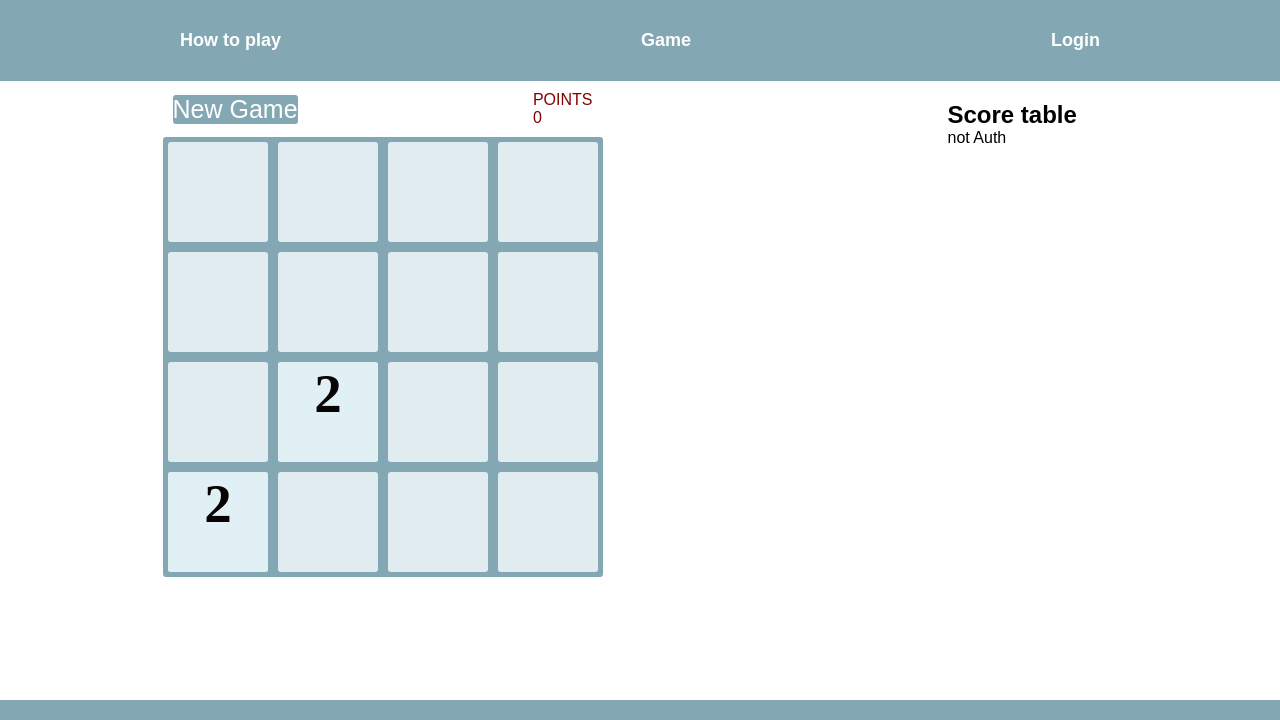
Repository: nika-otter/2048
Page: / (app in client/)
An editor plug-in stored every save of this project. The page is shown before and after the next save, followed by the edit.
The browser window is 1280 px wide. The pictures show the whole page.
The project was rebuilt for these pictures with package versions that can differ from the ones it lists, and the page was loaded fresh each time. Also part of the build but not shown: client/src/components/Login/LoginForm.js, client/src/pages/account/index.jsx, client/src/components/Game/GameOverlay.jsx, client/src/components/InstructionPage/InstructionPage.module.scss, client/src/components/HowToPlay/howtoplay.module.scss, client/src/components/HowToPlay/howtoplay.jsx, client/src/components/InstructionPage/InstructionPage.jsx, client/src/pages/Instruction/index.jsx and 4 more.

Above is the page before, as saved 2023-05-01 16:46:24.

### client/src/index.js
import React from "react";
import ReactDOM from "react-dom/client";
import "./index.css";
import App from "./App";
import { BrowserRouter } from "react-router-dom";
import Store from "./store/store";

const store = new Store();

export const Context = React.createContext({
  store,
});

const root = ReactDOM.createRoot(document.getElementById("root"));
root.render(
  <Context.Provider value={{ store }}>
    <BrowserRouter>
      <App />
    </BrowserRouter>
  </Context.Provider>
);

### client/src/index.css
* {
  box-sizing: border-box;
  margin: 0;
  padding: 0;
}
#root {
  width: 100vw;
  height: 100%;
}

body {
  /* background-color: #ffffff;
  display: flex;
  justify-content: center;
  align-items: center;*/
  /* height: 100vh; */
  height: 100%;
}
html {
  height: 100%;
}
code {
  font-family: source-code-pro, Menlo, Monaco, Consolas, "Courier New",
    monospace;
}

### client/src/App.js
import { useContext, useEffect, useState } from "react";
import "./App.css";
import LoginForm from "./components/Login/LoginForm";
import AppRouter from "./router/AppRouter";
import { Context } from "./index";
import { observer } from "mobx-react-lite";
import UserService from "./services/UserService";
function App() {
  // const { store } = useContext(Context);
  // const [users, setUsers] = useState([]);
  // useEffect(() => {
  //   if (localStorage.getItem("token")) {
  //     // console.log(localStorage.getItem("token"));
  //     store.checkAuth();
  //   }
  // }, []);

  // if (store.isLoading) {
  //   return <div>Loading...</div>;
  // }
  // async function getUsers() {
  //   try {
  //     const response = await UserService.fetchUsers();
  //     setUsers(response.data);
  //     console.log(response);
  //     setUsers(response.data);
  //   } catch {}
  // }
  return (
    <div className="App">
      <AppRouter />
      {/* <h1>{store.isAuth ? `User: ${store.user.email}` : "Not Auth"}</h1>
      <h1>
        {" "}
        {store.user.isActivated ? `Activated` : "Go and activate your email"}
      </h1>
      <button onClick={() => store.logout()}>Logout</button>
      <button onClick={getUsers}>Get users</button>
      {users.map((user) => (
        <div key={user.email}>{user.email}</div>
      ))}      */}
      {/* <LoginForm /> */}
    </div>
  );
}

export default observer(App);

### client/src/App.css
.App {
  /* position: relative; */
  display: flex;
  flex-direction: column;
  height: 100%;
  /* background-color: rgb(188, 121, 39); */
}
/* main {
  flex: 1 0 auto;
} */

### client/src/router/AppRouter.jsx
import { Routes, Route } from "react-router-dom";
import Account from "../pages/Account";
import Game from "../pages/Game";
import Instruction from "../pages/Instruction";
import Login from "../pages/Login";

const AppRouter = () => {
  return (
    <Routes>
      {/* <Route path="/game" element={<Game />} /> */}
      {/* <Route path="/account" element={<Account />} /> */}
      <Route path="/how-to-play" element={<Instruction />} />
      <Route path="/" element={<Game />} />
      <Route path="/login" element={<Login />} />
    </Routes>
  );
};

export default AppRouter;

### client/src/services/UserService.js
import $api from "../http";
export default class UserService {
  static fetchUsers() {
    return $api.get("/users");
  }

  static updateScore(email, score) {
    return $api.post(`/score`, { email, score });
  }

  static async getScores(email) {
    return $api.post(`/scores`, { email });
  }
}

### client/src/services/AuthService.js
import $api from "../http";
export default class AuthService {
  static async login(email, password) {
    return $api.post("/login", { email, password });
  }
  static async registration(email, password) {
    return $api.post("/registration", { email, password });
  }
  static async logout() {
    return $api.post("/logout");
  }
}

### client/src/http/index.js
import axios from "axios";

export const API_URL = "http://localhost:5000/api";

const $api = axios.create({
  withCredentials: true,
  baseURL: API_URL,
});

$api.interceptors.request.use((config) => {
  config.headers.Authorization = `Bearer ${localStorage.getItem("token")}`;
  return config;
});

$api.interceptors.response.use(
  (config) => {
    return config;
  },
  async (error) => {
    const originalRequest = error.config;
    if (
      error.response.status === 401 &&
      error.config &&
      !error.config._isRetry
    ) {
      originalRequest._isRetry = true;
      try {
        const response = await axios.get(`${API_URL}/refresh`, {
          withCredentials: true,
        });
        console.log(response, "response http");
        localStorage.setItem("token", response.data.accessToken);
        return $api.request(originalRequest);
      } catch (e) {
        console.log(e);
        console.log("НЕ АВТОРИЗОВАН");
      }
    }
    throw error;
  }
);
export default $api;

### client/src/pages/Game/index.jsx
import Header from "../../components/Header/Header";
import Footer from "../../components/Footer/Footer";
import GamePage from "../../components/GamePage/GamePage";

function Game() {
  return (
    <>
      <Header />
      <GamePage />
      <Footer />
    </>
  );
}

export default Game;

### client/src/components/Footer/Footer.jsx
import classes from "./Footer.module.scss";

function Footer() {
  return <footer className={classes.footer}></footer>;
}

export default Footer;

### client/src/components/Header/Header.jsx
import { Link } from "react-router-dom";
import classes from "./Header.module.scss";

function Header() {
  return (
    <header className={classes.header}>
      <Link className={classes.link} to="/how-to-play">
        How to play
      </Link>
      <Link className={classes.link} to="/">
        Game
      </Link>
      <Link className={classes.link} to="/login">
        Login
      </Link>
    </header>
  );
}

export default Header;

### client/src/components/GamePage/GamePage.jsx
import { Link } from "react-router-dom";
import classes from "./GamePage.module.scss";
import ScoreTable from "../ScoreTable/ScoreTable";
import BoardView from "../Game/Board";
import { observer } from "mobx-react-lite";
import { useContext, useEffect } from "react";
import { Context } from "../..";

function GamePage() {
  return (
    <main className={classes.main}>
      <div className={classes.gamepage}>
        <BoardView />
        <ScoreTable />
      </div>
    </main>
  );
}

export default observer(GamePage);

### client/src/components/Footer/Footer.module.scss
.footer {
  flex: 0 0 auto;
  height: 20px;
  background-color: rgb(131, 168, 180);
  width: 100%;
}

### client/src/components/Header/Header.module.scss
.header {
  display: flex;
  justify-content: space-around;
  background-color: #83a8b4;
  width: 100%;
}
.link {
  color: white;
  text-decoration: none;
  font-size: large;
  margin-top: 20px;
  margin-bottom: 20px;
  padding: 10px;
  font-weight: bold;
  border-radius: 5px;
  &:hover {
    color: rgb(106, 134, 144);
    background-color: rgb(255, 255, 255);
  }
}

### client/src/components/GamePage/GamePage.module.scss
.gamepage {
  display: flex;
  justify-content: space-around;
  //   background-color: aquamarine;
}
.main {
  flex: 1 0 auto;
}

### client/src/components/ScoreTable/ScoreTable.jsx
import { useContext, useEffect, useState } from "react";
import classes from "./ScoreTable.module.scss";
import { Context } from "../..";
import UserService from "../../services/UserService";
import { observer } from "mobx-react-lite";

function ScoreTable() {
  // const { store } = useContext(Context);
  // const [scores, setScores] = useState([]);

  // useEffect(() => {
  //   if (localStorage.getItem("token")) {
  //     console.log(localStorage.getItem("token"), "token from login index.jsx");
  //     store.checkAuth();
  //     getScores(store.user.email);
  //   }
  //   console.log(store.user.email, "store.user.email in ScoreTable.jsx");
  // }, []);

  // const getScores = async (email) => {
  //   console.log(email, "email in ScoreTable.jsx");
  //   try {
  //     const response = await UserService.getScores(email);
  //     setScores(response.data.scores, "response from getScores ScoreTable.jsx");
  //     console.log(response);
  //   } catch {
  //     console.log("Error");
  //   }
  // };
  // console.log(scores, "store.user in ScoreTable.jsx");

  const { store } = useContext(Context);
  // const [scores, setScores] = useState([]);
  // console.log(store.user.scores, "store.user from login index.jsx");
  useEffect(() => {
    if (localStorage.getItem("token")) {
      console.log(localStorage.getItem("token"), "token from login index.jsx");
      store.checkAuth();
    }
    console.log(store.user.email, "store.user.email in ScoreTable.jsx");
    // getScores(store.user.email);
  }, [store]);

  // async function getScores(email) {
  //   console.log(email, "email from getScores");
  //   try {
  //     const response = await UserService.getScores(email);
  //     // setUsers(response.data);
  //     console.log(response, "response from getScores");
  //     // console.log(response.data.data.user.scores, "response.data.user.scores");
  //     // setScores(response.data.scores);
  //   } catch (e) {
  //     console.log(e, "Error");
  //   }
  // }
  if (store.isLoading) {
    console.log(store.isLoading, "store.isLoading");
    return <div className={classes.loading}>Loading...</div>;
  }
  return (
    <div className={classes.scoretable}>
      <h2>Score table</h2>
      {/* <button onClick={() => getScores(store.user.email)}>Get scores</button> */}
      {/* {store.isAuth ? (
        scores.map((score) => <div key={score}>{score}</div>)
      ) : (
        <div>loading</div>
      )} */}
      <ul>
        {store.isAuth ? (
          store.user.scores
            .map((score) => ({
              score,
              id: Math.random(),
            }))
            .sort((a, b) => b.score - a.score)
            .slice(0, 10)
            .map((item) => <li key={item.id}>{item.score}</li>)
        ) : (
          <div>not Auth</div>
        )}
      </ul>

      {/* <button onClick={getScores}>dddmdmd</button> */}

      {/* {scores.map((score) => (
        <div>{score}</div>
      ))} */}
    </div>
  );
}

export default observer(ScoreTable);

### client/src/components/Game/Board.jsx
import React, { useContext, useEffect, useState } from "react";
import Tile from "./Tile";
import Cell from "./Cell";
import { Board } from "../../helper";
import useEvent from "../../hooks/useEvent";
import GameOverlay from "./GameOverlay";
import "./Board.scss";
import { Context } from "../..";
import UserService from "../../services/UserService";
const BoardView = () => {
  const { store } = useContext(Context);
  const [board, setBoard] = useState(new Board());

  // useEffect(() => {
  //   const checkAuth = async () => {
  //     if (localStorage.getItem("token")) {
  //       console.log(localStorage.getItem("token"), "token from login index.jsx");
  //       await store.checkAuth();
  //     }
  //   };
  //   checkAuth();
  //   console.log(store.user.email, "store.user.email in ScoreTable.jsx");
  //   // getScores(store.user.email);
  // }, [resetGame]);

  const handleKeyDown = (event) => {
    if (board.hasWon()) {
      return;
    } //потім вернути треба

    if (event.keyCode >= 37 && event.keyCode <= 40) {
      let direction = event.keyCode - 37;
      let boardClone = Object.assign(Object.create(board), board);
      // let boardClone = Object.assign(
      //   Object.create(Object.getPrototypeOf(board)),
      //   board
      // ); // теж саме що і вище
      let newBoard = boardClone.move(direction);
      setBoard(newBoard);
    }
  };

  useEvent("keydown", handleKeyDown);

  const cells = board.cells.map((row, rowIndex) => {
    return (
      <div key={rowIndex}>
        {row.map((col, colIndex) => {
          return <Cell key={rowIndex * board.size + colIndex} />;
        })}
      </div>
    );
  }); //робить клітинки нічого серйозного

  const tiles = board.tiles
    .filter((tile) => tile.value !== 0)
    .map((tile, index) => {
      return <Tile tile={tile} key={index} />;
    });

  const saveScore = async (email, score) => {
    try {
      const response = await UserService.updateScore(email, score);
      console.log(response, "response from saveScore ");
    } catch {
      console.log("Error");
    }
  };
  const resetGame = async () => {
    console.log(
      store.user.email,
      board.score,
      "store.user.email board.score from BoardView.jsx"
    );
    if (board.score > 0) {
      await saveScore(store.user.email, board.score);
      store.checkAuth();
    }
    setBoard(new Board());
  };

  return (
    <div>
      <div className="details-box">
        <div className="resetButton" onClick={resetGame}>
          New Game
        </div>
        <div className="score-box">
          <div className="score-header">POINTS</div>
          <div>{board.score}</div>
        </div>
      </div>
      <div className="board">
        {cells}
        {tiles}
        <GameOverlay onRestart={resetGame} board={board} />
      </div>
    </div>
  );
};

export default BoardView;

### client/src/components/ScoreTable/ScoreTable.module.scss
.scoretable {
  margin: 20px;
  width: 150px;
}
.loading {
  width: 150px;
  margin: 20px;
}

### client/src/components/Game/Tile.jsx
import React from "react";
// import classes from "./Board.scss";
import "./Board.scss";
// import "./styles.scss";

const Tile = ({ tile, id }) => {
  console.log("tile");
  let classArray = ["tile"];
  classArray.push("tile" + tile.value);
  if (!tile.mergedInto) {
    classArray.push(`position_${tile.row}_${tile.column}`);
  }
  if (tile.mergedInto) {
    classArray.push("merged");
  }
  if (tile.isNew()) {
    classArray.push("new");
  }

  if (tile.hasMoved()) {
    classArray.push(`row_from_${tile.fromRow()}_to_${tile.toRow()}`);
    classArray.push(`column_from_${tile.fromColumn()}_to_${tile.toColumn()}`);
    classArray.push("isMoving");
  }
  //   if (tile.isRandom()) {
  //     classArray.push("random");
  //   }

  let styles = classArray.join(" ");
  return <span className={styles}>{tile.value}</span>;
};

export default Tile;

### client/src/components/Game/Cell.jsx
import React from "react";

const Cell = ({ id }) => {
  return <span className="cell"></span>;
};

export default Cell;

### client/src/hooks/useEvent.jsx
import { useEffect } from "react";

export default function useEvent(event, handler, passive = false) {
  useEffect(() => {
    window.addEventListener(event, handler, passive);

    return function cleanUp() {
      window.removeEventListener(event, handler, passive);
    };
  });
}

### client/src/components/Game/Board.scss
// @font-face {
//   font-family: "Clear Sans";
//   src: url("../src/clear-sans.ttf") format("truetype");
// }

body {
  display: flex;
  //   background: rgb(2,0,36);
  // background: linear-gradient(90deg, rgba(2,0,36,1) 0%, rgba(87,64,124,1) 47%, rgba(0,212,255,1) 100%);
  //   color: white;
  // flex-direction: column;
  // justify-content: center;
  // align-content: center;
  // align-items: center;
  font-family: "Clear Sans", sans-serif;
  // font-size: 21px;
}

.text {
  // order: 2;
  // padding-top: 40px;
  // width: 440px;
  // font-weight: bold;
}
// main {
//   min-height: 90vh;
// }

// .wrapper {
//   display: flex;
//   flex-direction: column;
//   height: 100%;
// }
// .content {
//   flex: 1 0 auto;
// }
// .footer {
//   flex: 0 0 auto;
// }

.board {
  // order: 1;
  // display: inline-block;

  display: block;
  // justify-content: center;
  margin-left: auto;
  margin-right: auto;
  width: 440px;
  height: 440px;
  // padding: 5px; //вернути треба
  background-color: rgb(131, 168, 180);
  border-radius: 3px;
  // outline: none;
  position: relative;
}

// .board .cell,
// .tile {
//   // user-select: none;
//   // cursor: default;
// }

.details-box {
  display: flex;
  align-items: center;
  padding: 10px;
  justify-content: space-between;
}

.resetButton {
  background-color: rgb(131, 168, 180);
  color: rgb(255, 255, 255);
  cursor: pointer;
  font-size: 25px;
  // padding: 10px 20px;
  border-radius: 3px;
  transition: color 0.3s ease, background-color 0.3s ease;
  &:hover {
    background-color: rgb(131, 168, 180);
    color: rgba(255, 255, 255, 1);
  }
}

.score-header {
  font-size: 1rem;
}

.score-box {
  background-color: rgb(131, 168, 180) 6;
  color: rgb(129, 2, 2);
  // min-width: 50px;
  // width: 70px;
  // padding: 5px 15px;
  border-radius: 3px;
}

.cell,
.tile {
  // display: inline-block;
  width: 100px;
  height: 100px;
  margin: 5px;
  // line-height: 90px;
  display: inline-block;
  font-size: 55px;
  font-weight: bold;
  text-align: center;
  vertical-align: middle;
  border-radius: 3px;
  font-family: "Clear Sans";
  color: rgb(8, 4, 4);
  background-color: rgb(224, 236, 240);
}

.tile0 {
  background-color: rgb(238, 247, 249);
}

.tile2 {
  background-color: rgb(224, 240, 245);
  // background-image: url(./assets/img/2.gif);
}

.tile4 {
  background-color: rgb(199, 221, 228);
  // background-image: url(./assets/img/4.gif);
}

.tile8 {
  background-color: rgb(187, 212, 220);
  // background-image: url(./assets/img/8.gif);
}

.tile16 {
  background-color: rgb(171, 195, 203);
  // background-image: url(./assets/img/16.gif);
}

.tile32 {
  background-color: rgb(140, 165, 174);
  // background-image: url(./assets/img/32.gif);
}

.tile64 {
  background-color: rgb(116, 144, 153);
  // background-image: url(./assets/img/64.gif);
}

.tile128 {
  background-color: rgb(98, 125, 134);
  // background-image: url(./assets/img/128.gif);
}

.tile256 {
  background-color: rgb(71, 91, 98);
  // background-image: url(./assets/img/256.gif);
  font-size: 45px;
}

.tile512 {
  background-color: rgb(45, 68, 75);
  // background-image: url(./assets/img/512.gif);
  font-size: 45px;
}

.tile1024 {
  background-color: rgb(40, 68, 78);
  // background-image: url(./assets/img/1024.gif);
  font-size: 35px;
}

.tile2048 {
  position: absolute;
  background-size: contain;
  left: 0;
  right: 0;
  top: 0;
  bottom: 0;
  padding: 0px;
  background-color: rgb(12, 42, 52);
  // background-image: url(./assets/img/2048.gif);
  font-size: 35px;
}

.try-again {
  z-index: 10;
  height: 100px;
  width: 100px;
  // background-image: url(./assets/img/try-again.gif);
}

.tile {
  position: absolute;
}

.tile.merged {
  display: none;
}

// .tile.merged.isMoving {
//   display: inline;
// }

.tile.new {
  animation-duration: 0.3s;
  animation-name: newTile;
  animation-fill-mode: forwards;
  // animation-delay: 0.15s;
  transform: scale(0);
}
// .tile.random {
//   animation-duration: 3s;
//   animation-name: newTile;
//   animation-fill-mode: forwards;
//   // animation-delay: 0.15s;
//   transform: scale(0);
// }

@keyframes newTile {
  from {
    transform: scale(0);
  }
  to {
    transform: scale(1);
  }
}

// .overlay {
//   position: absolute;
//   top: 0px;
//   bottom: 0px;
//   display: flex;
//   flex-direction: column;
//   align-items: center;
//   justify-content: center;
//   text-align: center;
//   left: 0px;
//   right: 0px;
//   font-size: 55px;
//   font-weight: bolder;
//   border-radius: 7px;
// }

// .tryAgain {
//   background-color: #876;
//   color: #fff;
//   height: 40px;
//   width: 200px;
//   font-size: 20px;
//   font-weight: bold;
//   cursor: pointer;
//   border: none;
//   border-radius: 5px;
//   border: 2px solid white;
// }

// .gameOver {
//   background-size: contain;
//   background-image: url(./assets/img/game-over.gif);
//   position: absolute;
//   top: 0;
//   right: 0;
//   bottom: 0;
//   left: 0;
//   z-index: 100;
//   text-align: center;
// }

.overlay .message {
  color: #666;
}

@for $row from 0 through 3 {
  @for $column from 0 through 3 {
    .position_#{$row}_#{$column}:not(.isMoving) {
      top: 110px * $row;
      left: 110px * $column;
    }
  }
}

@for $fromRow from 0 through 3 {
  @for $toRow from 0 through 3 {
    $name: row_from_#{$fromRow}_to_#{$toRow};

    @if $fromRow == $toRow {
      .#{$name} {
        top: 110px * $toRow;
      }
    } @else {
      .#{$name} {
        animation-duration: 0.2s;
        animation-name: $name;
        animation-fill-mode: forwards;
      }

      @keyframes #{$name} {
        from {
          top: 110px * $fromRow;
        }
        to {
          top: 110px * $toRow;
        }
      }
    }
  }
}

@for $fromColumn from 0 through 3 {
  @for $toColumn from 0 through 3 {
    $name: column_from_#{$fromColumn}_to_#{$toColumn};

    @if $fromColumn == $toColumn {
      .#{$name} {
        left: 110px * $toColumn;
      }
    } @else {
      .#{$name} {
        animation-duration: 0.2s;
        animation-name: $name;
        animation-fill-mode: forwards;
      }

      @keyframes #{$name} {
        from {
          left: 110px * $fromColumn;
        }
        to {
          left: 110px * $toColumn;
        }
      }
    }
  }
}

Loaded but not shown: client/public/index.html (common file); client/src/helper/index.js (231 lines, source omitted); client/src/store/store.js (113 lines, source omitted)

After the next save:
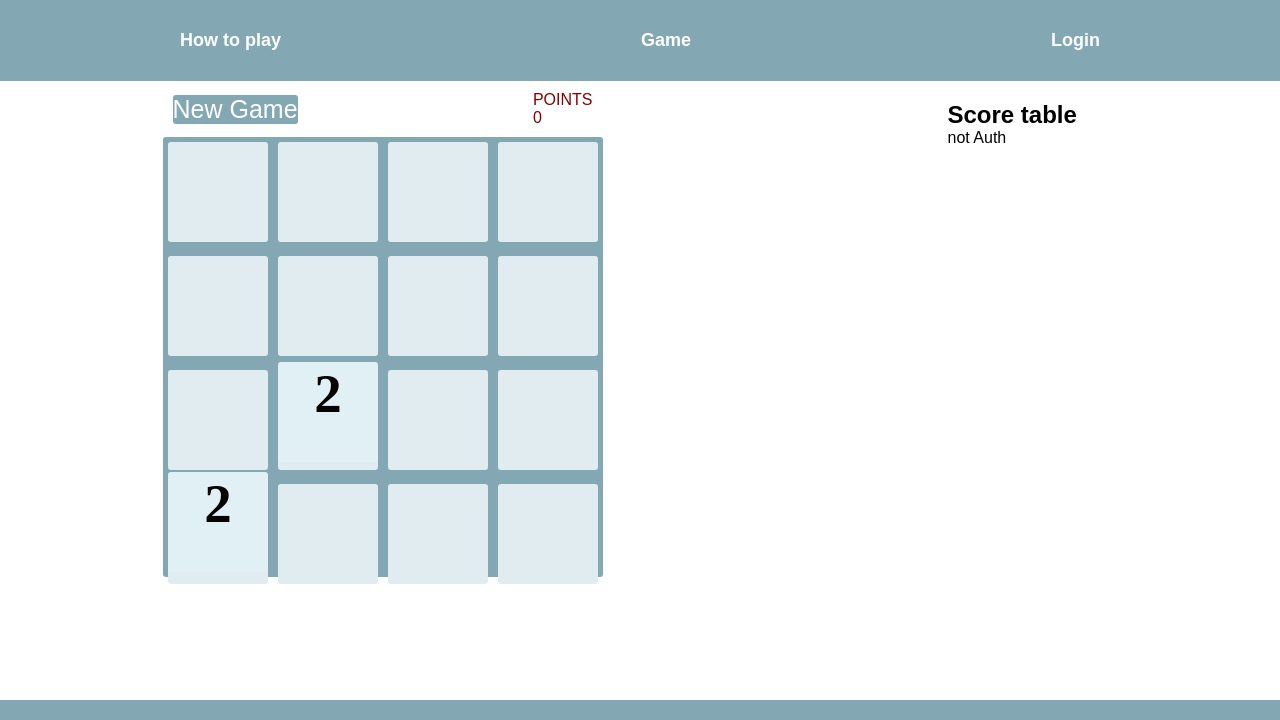
Saved 117 s later.
--- a/client/src/components/Game/Board.scss
+++ b/client/src/components/Game/Board.scss
@@ -106,7 +106,7 @@
   font-size: 55px;
   font-weight: bold;
   text-align: center;
-  vertical-align: middle;
+  // vertical-align: middle;
   border-radius: 3px;
   font-family: "Clear Sans";
   color: rgb(8, 4, 4);

After the save that followed:
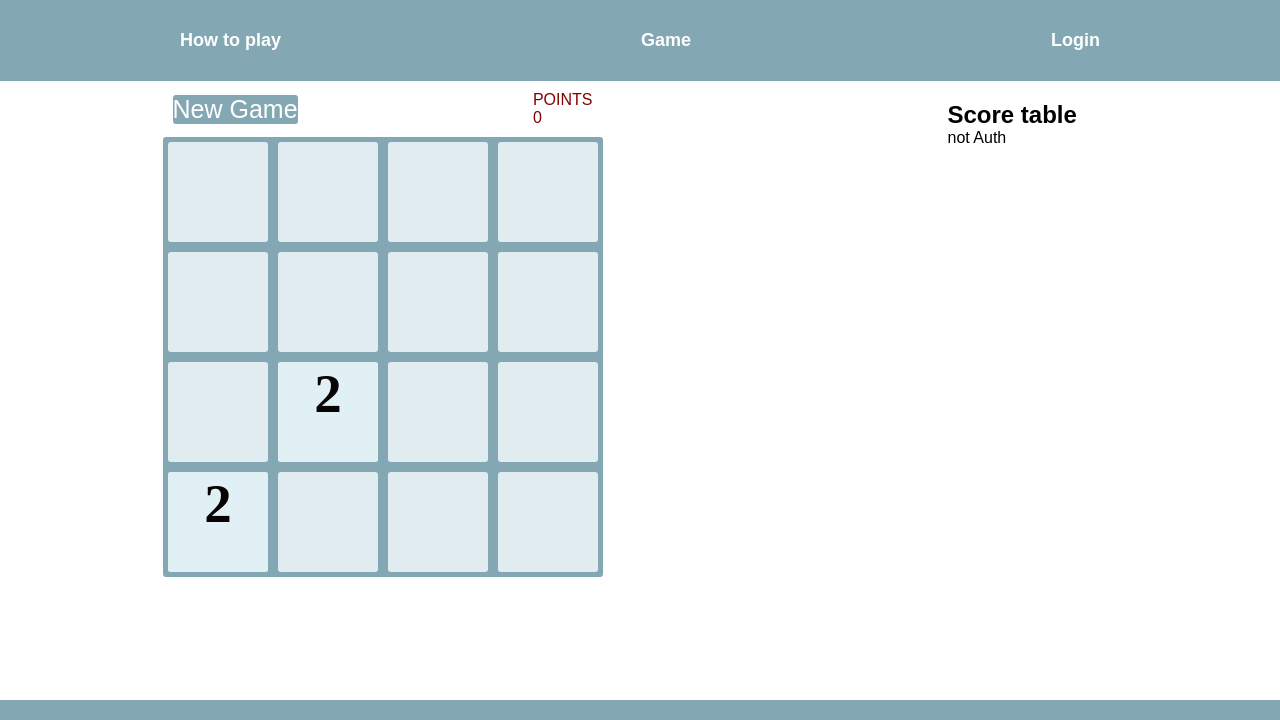
Saved 9 s later.
--- a/client/src/components/Game/Board.scss
+++ b/client/src/components/Game/Board.scss
@@ -106,7 +106,7 @@
   font-size: 55px;
   font-weight: bold;
   text-align: center;
-  // vertical-align: middle;
+  vertical-align: middle;
   border-radius: 3px;
   font-family: "Clear Sans";
   color: rgb(8, 4, 4);
